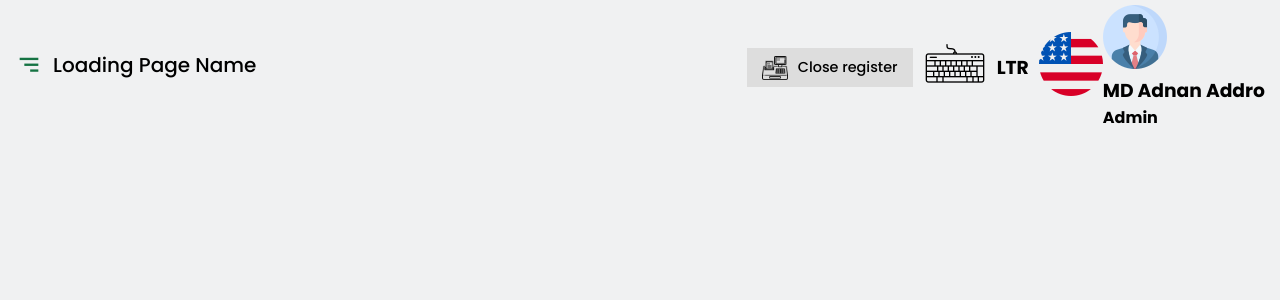
Repository: codebyaddro/pos-navbar
Page: index.html
These files come from the project's save history. The page is drawn as it stood at one moment and after a run of saves; the edit follows.
The browser window is 1280 px wide. The pictures show the whole page.

Above is the page before, as saved 2025-02-13 15:43:39.

After the next 2 saves:
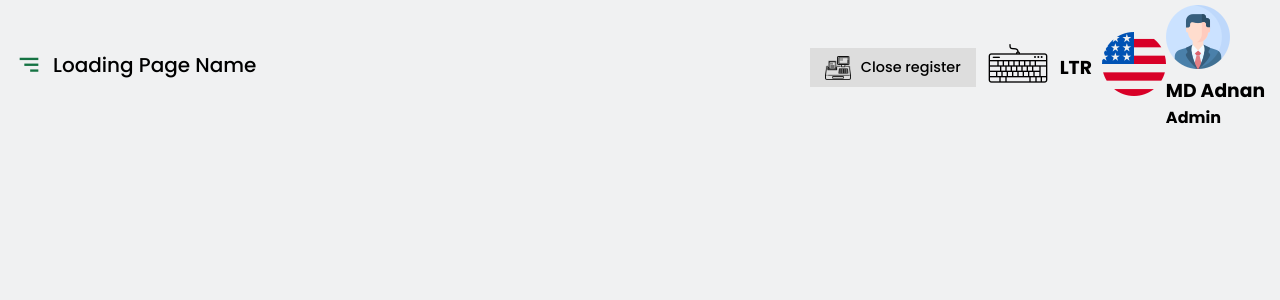
The 2 saves are shown as one change because they came seconds apart.
The last was saved 12 min 55 s later.
--- a/index.html
+++ b/index.html
@@ -45,7 +45,7 @@
                 </div>
                 <div class="cba-nav-user-name">
                     <div class="cba-nav-user-name">
-                        <h3>MD Adnan Addro</h3>
+                        <h3>MD Adnan</h3>
                     </div>
                     <div class="cba-nav-user-role">
                         <h4>Admin</h4>
